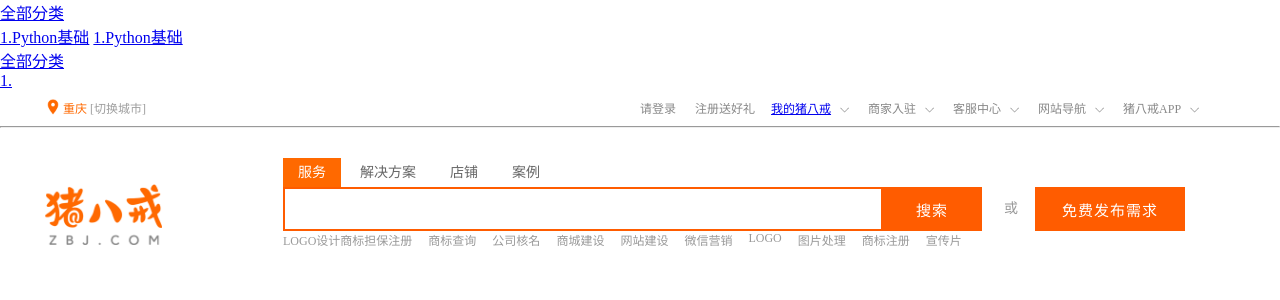
Repository: 13982720426/zbj
Page: HTML/index.html
These files come from the project's save history. The page is drawn as it stood at one moment and after the next save; the edit follows.
The browser window is 1280 px wide. The pictures show the whole page.

Above is the page before, as saved 2021-07-15 17:11:58.

### HTML/index.html
<!DOCTYPE html>
<html lang="en">
  <head>
    <meta charset="UTF-8" />
    <meta http-equiv="X-UA-Compatible" content="IE=edge" />
    <meta name="viewport" content="width=device-width, initial-scale=1.0" />
    <title>猪八戒网重庆站-中国领先的企业服务平台</title>
    <link rel="stylesheet" type="image/x-icon" href="./imgs/favicon.ico" />
    <link rel="stylesheet" type="text/css" href="css/index.css" />
    <!-- <style>
      #test33 ul {
        margin: 0;
        padding: 0;
        list-style-type: none; /*去除li前的标注*/
        background-color: #333;
        overflow: hidden; /*隐藏溢出的部分，保持一行*/
      }

      #test33 li {
        float: left; /*左浮动*/
      }

      #test33 li a,
      .dropbtn {
        /*display:inline-block将对象呈递为内联对象，但是对象的内容作为块对象呈递。旁边的内联对象会被呈递在同一行内，允许空格。*/
        display: inline-block; /*设置成块*/
        color: white;
        text-align: center;
        text-decoration: none;
        padding: 14px 16px;
      }

      #test33 li a:hover,
      .dropdown:hover .dropbtn {
        /*鼠标移上去，改变背景颜色*/
        background-color: blue;
      }

      #test33 .dropdown-content {
        display: none;
        position: absolute;
        background-color: #f9f9f9;
        min-width: 110px;
        box-shadow: 0px 8px 16px 0px rgba(0, 0, 0, 0.3);
      }

      #test33 .dropdown-content a {
        display: block;
        color: black;
        padding: 8px 10px;
        text-decoration: none;
      }

      #test33 .dropdown-content a:hover {
        background-color: #a1a1a1;
      }

      #test33 .dropdown:hover .dropdown-content {
        display: block;
      }
    </style> -->
  </head>

  <body>
    <div id="test33">
      <ul>
        <li class="dropdown">
          <a href="#" class="dropbtn">全部分类</a>
          <div class="dropdown-content">
            <a href="#">1.Python基础</a>
            <a href="#">1.Python基础</a>
          </div>
        </li>
        <li class="dropdown">
          <a href="#" class="dropbtn">全部分类</a>
          <div class="dropdown-content">
            <a href="#">1.</a>
          </div>
        </li>
      </ul>
    </div>
    <div class="header-top">
      <div class="header-top-left">
        <div class="location-icon">
          <span class="tl1">重庆</span>
          <span class="tl2">[切换城市]</span>
        </div>
      </div>
      <div class="header-top-right">
        <div class="header-top-right-nav">
          <span class="tr1">请登录</span>
          <span class="tr1">注册送好礼</span>
        </div>
        <div class="header-top-right-nav">
          <span class="tr3">
            <a href="http://" target="_blank" rel="noopener noreferrer">我的猪八戒</a>
            <class class="arrow-icon"></class>
            <!-- <div class="dropdown-content">
              <a href="#">1</a>
              <a href="#">2</a>
            </div> -->
          </span>
          <span class="tr4">
            商家入驻
            <i class="arrow-icon"></i>
          </span>
          <span class="tr5">
            客服中心
            <i class="arrow-icon"></i>
          </span>
          <span class="tr6">
            网站导航
            <i class="arrow-icon"></i>
          </span>
          <span class="tr7">
            猪八戒APP
            <i class="arrow-icon"></i>
          </span>
        </div>
      </div>
    </div>
    <hr />
    <div class="header-bd-wrap header-bd-wrap-fixed">
      <div class="header-bd-wrap-content">
        <div class="header-bd-wrap-l">
          <img class="logo-img" src="./imgs/newlogo_5b91b4a.png" alt="猪八戒" />
        </div>
        <div class="header-bd-wrap-r">
          <div class="header-bd-wrap-menu">
            <ul>
              <li><a href="">服务</a></li>
              <li><a href="">解决方案</a></li>
              <li><a href="">店铺</a></li>
              <li><a href="">案例</a></li>
            </ul>
          </div>
          <div class="header-bd-wrap-search">
            <form action="">
              <input class="search-input" type="text" name="" id="" />
              <button class="search-button">搜索</button>
              <span class="huo">或</span>
              <button class="search-button-task">免费发布需求</button>
            </form>
          </div>

          <div class="header-bd-wrap-nav">
            <a href="https://zt.zbj.com/sl/re/splkkegq" target="_blank">LOGO设计商标担保注册</a>
            <a href="https://zt.zbj.com/sl/re/spl4eino" target="_blank">商标查询</a>
            <a href="https://zt.zbj.com/sl/re/splhj5w7" target="_blank">公司核名</a>
            <a href="//search.zbj.com/f/?kw=%E5%95%86%E5%9F%8E%E5%BB%BA%E8%AE%BE" target="_blank">
              商城建设
            </a>
            <a href="//search.zbj.com/f/?kw=%E7%BD%91%E7%AB%99%E5%BB%BA%E8%AE%BE" target="_blank">
              网站建设
            </a>
            <a href="//search.zbj.com/f/?kw=%E5%BE%AE%E4%BF%A1%E8%90%A5%E9%94%80" target="_blank">
              微信营销
            </a>
            <a href="//search.zbj.com/f/?kw=LOGO" target="_blank">LOGO</a>
            <a href="//search.zbj.com/f/?kw=%E5%9B%BE%E7%89%87%E5%A4%84%E7%90%86" target="_blank">
              图片处理
            </a>
            <a
              href="https://tg.ipr.zbj.com/trademark/sbzc/?_union_identify=21&_union_uid=7223946&_union_itemid=1735120&fr=kwrecom"
              target="_blank"
            >
              商标注册
            </a>
            <a href="//search.zbj.com/f/?kw=%E5%AE%A3%E4%BC%A0%E7%89%87" target="_blank">宣传片</a>
          </div>
        </div>
      </div>
    </div>
  </body>
</html>

### HTML/css/index.css
* {
  margin: 0;
  padding: 0;
}
ul,
li {
  list-style-type: none;
  padding: 0;
  margin: 0;
}

.header-top {
  display: flex;
  align-items: center;
  margin: 0 auto;
  height: 36px;
  width: 1190px;
  color: #888;
  font-size: 12px;
}
.location-icon {
  display: inline-block;
  padding-left: 18px;
  background-repeat: no-repeat;
  background-size: 16px;
  background-image: url('data:[embedded picture, 1182 characters]');
}
.arrow-icon {
  width: 9px;
  height: 6px;
  display: inline-block;
  margin-left: 6px;
  background: url(data:[embedded picture, 662 characters])
    no-repeat center center;
}
.tl1 {
  color: #ff6900;
}
.tl2 {
  color: #9e9e9e;
}
.header-top-left {
  flex: 1;
}
.header-top-right {
  flex: 1;
}
.header-top-right-nav {
  float: left;
}
.header-top-right span {
  margin-right: 16px;
}

.header-bd-wrap {
  width: 100%;
}
.header-bd-wrap.header-bd-wrap-fixed {
}
.header-bd-wrap-content {
  width: 1190px;
  margin: 0 auto;
  display: flex;
  align-items: center;
  justify-content: center;
}
.header-bd-wrap-l {
  margin-top: 50px;
  flex: 20%;
}
.header-bd-wrap-r {
  margin-top: 30px;
  flex: 80%;
}
.header-bd-wrap-menu {
  padding: 0;
  margin: 0;
  list-style: none;
  top: -28px;
  left: 0;
  background: #fff;
  width: 440px;
  border: 0;
}
.header-bd-wrap-menu li {
  line-height: 28px;
  padding: 0 15px;
  list-style: none;
  padding: 0;
  margin: 0;
  display: inline-block;
}
.header-bd-wrap-menu li:first-child {
  color: #fff;
  background: #ff6900;
}
.header-bd-wrap-menu li:first-child a {
  color: #fff;
}

.header-bd-wrap-menu a {
  font-size: 14px;
  margin: 15px;
  color: #666;
  text-decoration: none;
}
.header-bd-wrap-nav a {
  text-decoration: none;
  margin-right: 16px;
  font-size: 12px;
  color: #999;
  display: block;
  float: left;
  text-decoration: none;
  transition: 0.3s;
}
.logo-img {
  float: left;
  max-width: 117px;
  max-height: 61px;
  margin-right: 20px;
}
.search-input {
  width: 600px;
  height: 44px;
  box-sizing: border-box;
  border: 2px solid #ff5c00;
  padding: 10px;
  vertical-align: top;
}
.search-button:hover {
  background: #ff7e23;
}
.huo {
  display: inline-block;
  width: 50px;
  text-align: center;
  line-height: 44px;
  color: #999;
  font-size: 14px;
}
.search-button {
  width: 100px;
  height: 44px;
  color: #ffffff;
  background-color: #ff5c00;
  font-size: 15px;
  border: 1px solid #ff5c00;
  margin-left: -5px;
  letter-spacing: 1px;
  vertical-align: top;
}
.search-button-task {
  width: 150px;
  height: 44px;
  color: #ffffff;
  background-color: #ff5c00;
  font-size: 15px;
  border: 1px solid #ff5c00;
  margin-left: -5px;
  letter-spacing: 1px;
  vertical-align: top;
}
.header-bd-wrap-nav {
  margin-bottom: 20px;
}

After the next save:
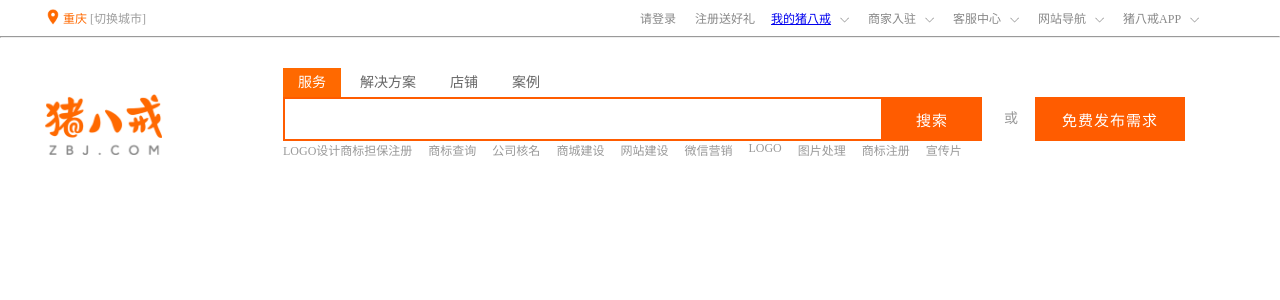
Saved 16 s later.
--- a/HTML/index.html
+++ b/HTML/index.html
@@ -62,7 +62,7 @@
   </head>
 
   <body>
-    <div id="test33">
+    <!-- <div id="test33">
       <ul>
         <li class="dropdown">
           <a href="#" class="dropbtn">全部分类</a>
@@ -78,7 +78,7 @@
           </div>
         </li>
       </ul>
-    </div>
+    </div> -->
     <div class="header-top">
       <div class="header-top-left">
         <div class="location-icon">
